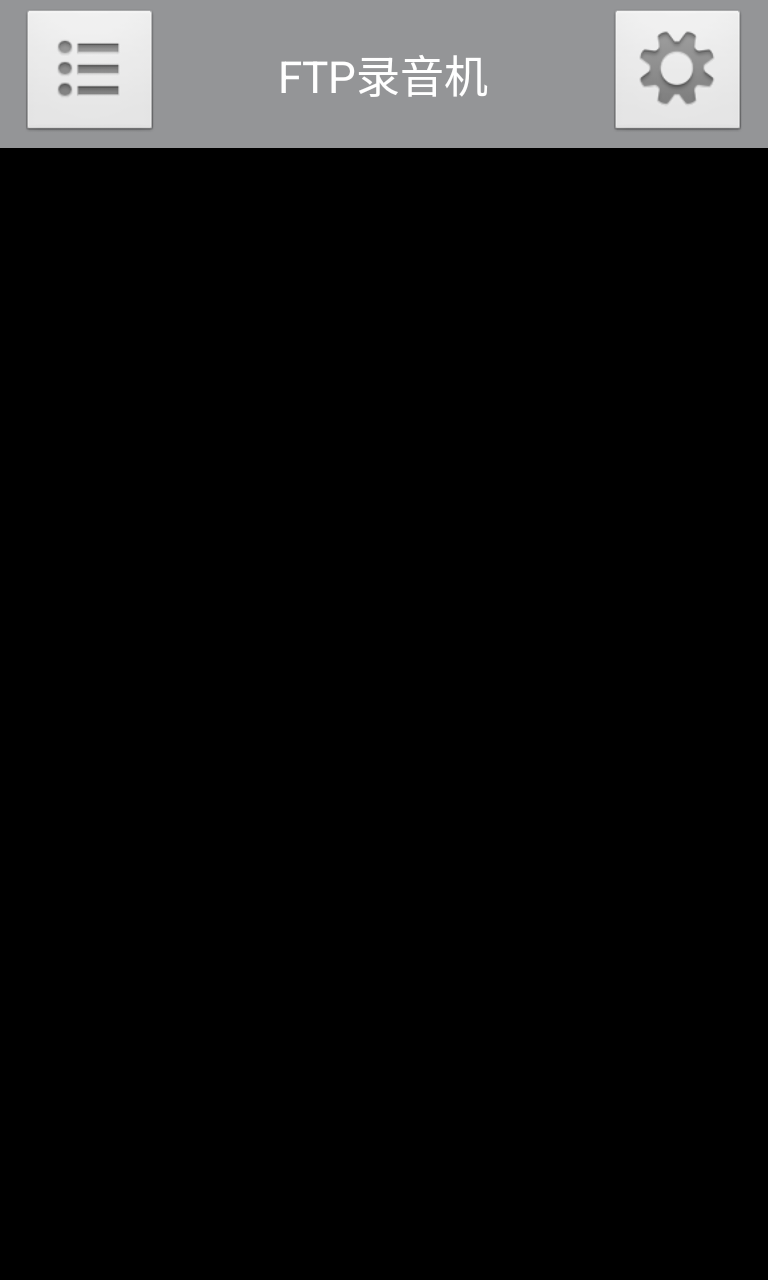
Repository: stone-jin/WAVRecoder
Layout: WAVRecoder2/res/layout/main.xml
These files come from the project's save history. The layout is drawn as it stood at one moment and after the next save; the edit follows.
It is drawn on a 768 x 1280 px phone screen (xhdpi) without system bars, with theme Anim_style2; the app's code is not run.

Above is the layout before, as saved 2014-05-06 18:56:03.

### WAVRecoder2/res/layout/main.xml
<?xml version="1.0" encoding="utf-8"?>
<LinearLayout xmlns:android="http://schemas.android.com/apk/res/android"
    android:layout_width="match_parent"
    android:layout_height="match_parent"
    android:orientation="vertical" >

    <include layout="@layout/main_title"/>


</LinearLayout>

### WAVRecoder2/res/values/styles.xml
<resources>

    <!--
        Base application theme, dependent on API level. This theme is replaced
        by AppBaseTheme from res/values-vXX/styles.xml on newer devices.
    -->
    <style name="AppBaseTheme" parent="android:Theme.Light">
        <!--
            Theme customizations available in newer API levels can go in
            res/values-vXX/styles.xml, while customizations related to
            backward-compatibility can go here.
        -->
    </style>

    <!-- Application theme. -->
    <style name="AppTheme" parent="AppBaseTheme">
        <!-- All customizations that are NOT specific to a particular API-level can go here. -->
    </style>

    <!-- ####################以上内容全部来自搬运 ############################################ -->

    <style name="AnimFade" parent="@android:style/Animation.Activity">
    	<item name="android:activityOpenEnterAnimation">@anim/fade_in</item>
    	<item name="android:activityOpenExitAnimation">@anim/hold</item>
    	<item name="android:activityCloseEnterAnimation">@anim/fade_in</item>
    	<item name="android:activityCloseExitAnimation">@anim/fade_out</item>
	</style>
	<style name="AnimBottom" parent="@android:style/Animation">
    	<item name="android:windowEnterAnimation">@anim/push_bottom_in</item>
        <item name="android:windowExitAnimation">@anim/push_bottom_out</item>
	</style>
	<style name="AnimTop" parent="@android:style/Animation">
    	<item name="android:windowEnterAnimation">@anim/push_top_in</item>
        <item name="android:windowExitAnimation">@anim/push_top_out</item>
	</style>
	<style name="AnimTop2" parent="@android:style/Animation">
    	<item name="android:windowEnterAnimation">@anim/push_top_in2</item>
        <item name="android:windowExitAnimation">@anim/push_top_out2</item>
	</style>
	<style name="AnimHead" parent="@android:style/Animation">
    	<item name="android:windowEnterAnimation">@anim/head_in</item>
        <item name="android:windowExitAnimation">@anim/head_out</item>
	</style>

   	<style name="Anim_style" parent="android:Theme.NoTitleBar.Fullscreen">
        <item name="android:windowAnimationStyle">@style/AnimFade</item>
	</style>

	<style name="Anim_style2" parent="android:Theme.NoTitleBar">  <!-- 表示没有titlebar这个框 -->
        <item name="android:windowAnimationStyle">@style/AnimFade</item>     <!-- 定义其中打开或者保持或者关闭的时候的效果 -->
	</style>

	<style name="Anim_style_title" parent="android:Theme">
        <item name="android:windowAnimationStyle">@style/AnimFade</item>
        <item name="android:windowTitleSize">50dp</item>
        <item name="android:windowTitleBackgroundStyle">@style/CustomWindowTitleBackground</item>
	</style>

	<style name="CustomWindowTitleBackground">
       <item name="android:background">@drawable/title_bar</item>
	</style>

	<style name="MyDialogStyle">
        <item name="android:windowBackground">@android:color/transparent</item>
        <item name="android:windowFrame">@null</item>
        <item name="android:windowNoTitle">true</item>
        <item name="android:windowIsFloating">true</item>
        <item name="android:windowIsTranslucent">true</item>
        <item name="android:windowContentOverlay">@null</item>
        <item name="android:windowAnimationStyle">@android:style/Animation.Dialog</item>
        <item name="android:backgroundDimEnabled">true</item>
    </style>

    <style name="MyDialogStyleBottom" parent="android:Theme.Dialog" >
        <item name="android:windowAnimationStyle">@style/AnimBottom</item>
        <item name="android:windowFrame">@null</item><!--边框-->
        <item name="android:windowIsFloating">true</item><!--是否浮现在activity之上-->
        <item name="android:windowIsTranslucent">true</item><!--半透明-->
        <item name="android:windowNoTitle">true</item><!--无标题-->
        <item name="android:windowBackground">@android:color/transparent</item><!--背景透明-->
        <item name="android:backgroundDimEnabled">true</item><!--模糊-->
     </style>

     <style name="MyDialogStyleTop" parent="android:Theme.Dialog" >
        <item name="android:windowAnimationStyle">@style/AnimTop2</item>
        <item name="android:windowFrame">@null</item><!--边框-->
        <item name="android:windowIsFloating">true</item><!--是否浮现在activity之上-->
        <item name="android:windowIsTranslucent">true</item><!--半透明-->
        <item name="android:windowNoTitle">true</item><!--无标题-->
        <item name="android:windowBackground">@android:color/transparent</item><!--背景透明-->
        <item name="android:backgroundDimEnabled">false</item><!--模糊-->
     </style>

    <style name="HeadScale" parent="android:Theme.Dialog" >
        <item name="android:windowAnimationStyle">@style/AnimHead</item>
        <item name="android:windowFrame">@null</item><!--边框-->
        <item name="android:windowIsFloating">true</item><!--是否浮现在activity之上-->
        <item name="android:windowIsTranslucent">true</item><!--半透明-->
        <item name="android:windowNoTitle">true</item><!--无标题-->
        <item name="android:windowBackground">@android:color/black</item>
        <item name="android:backgroundDimEnabled">false</item><!--模糊-->
     </style>

    <style name="MyProgressBar" parent="android:Widget.ProgressBar">
        <item name="android:indeterminateDrawable">@drawable/loading</item>
	</style>

</resources>

### WAVRecoder2/res/layout/main_title.xml
<?xml version="1.0" encoding="utf-8"?>
<RelativeLayout xmlns:android="http://schemas.android.com/apk/res/android"
    android:layout_width="fill_parent"
    android:layout_height="wrap_content"
    android:background="#949597"
    android:paddingTop="4dp"
    android:paddingBottom="4dp"
    >

    <ImageButton
        android:layout_width="wrap_content"
        android:layout_height="wrap_content"
        android:src="@drawable/ic_menu_list"
        android:layout_alignParentLeft="true"
        android:layout_centerVertical="true"
        android:layout_marginLeft="10dp"
        />

    <TextView
        android:layout_width="wrap_content"
        android:layout_height="wrap_content"
        android:text="FTP录音机"
        android:textColor="#ffffff"
        android:textSize="22sp"
        android:layout_centerInParent="true"
        />

    <ImageButton
        android:layout_width="wrap_content"
        android:layout_height="wrap_content"
        android:src="@drawable/ic_menu_pengaturan"
        android:layout_alignParentRight="true"
        android:layout_centerVertical="true"
        android:layout_marginRight="10dp"
        />


</RelativeLayout>

After the next save:
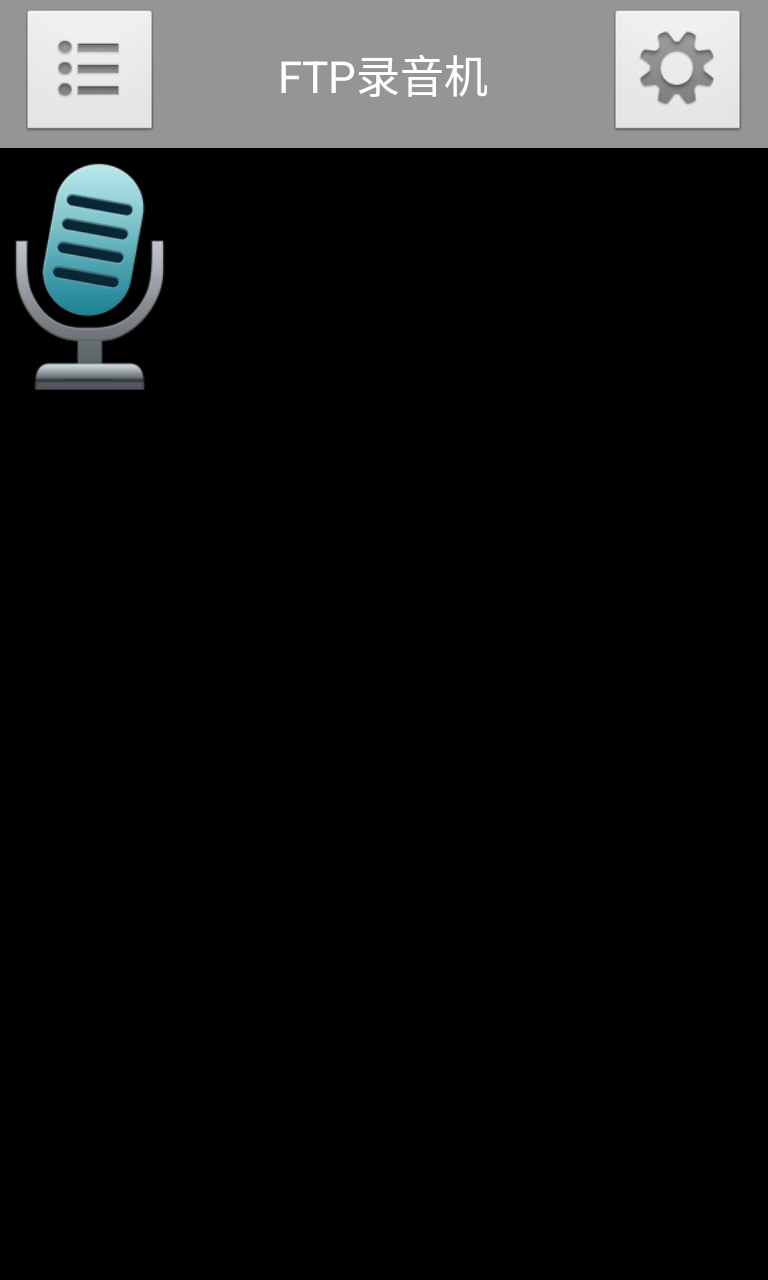
Saved 76 s later.
--- a/WAVRecoder2/res/layout/main.xml
+++ b/WAVRecoder2/res/layout/main.xml
@@ -6,5 +6,11 @@
 
     <include layout="@layout/main_title"/>
 
+    <ImageView
+        android:layout_width="wrap_content"
+        android:layout_height="wrap_content"
+        android:background="@drawable/icon"
+        />
+
 
 </LinearLayout>
